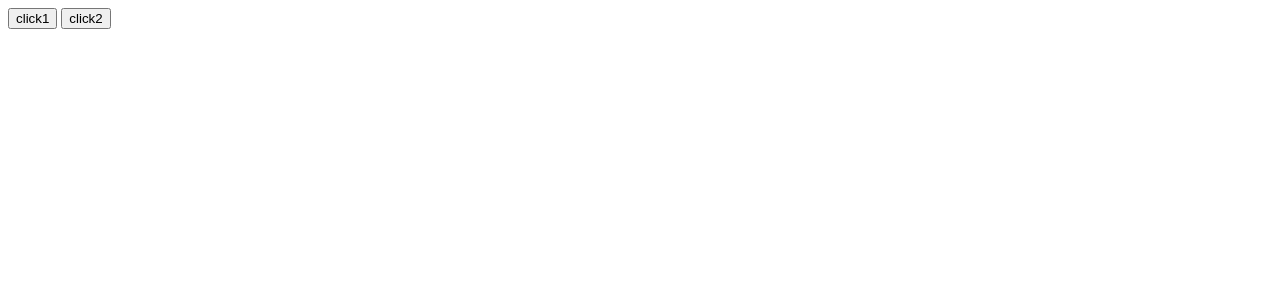
Repository: hong-bi/JsonStudy
Page: JsonApp01/WebContent/JsonTest05.html
The author's editor kept a copy of each file at every save. The page is drawn from the files as they stood at one save, then again after the next save.
The browser window is 1280 px wide. The pictures show the whole page.

Above is the page before, as saved 2019-05-31 06:14:55.

After the next save:
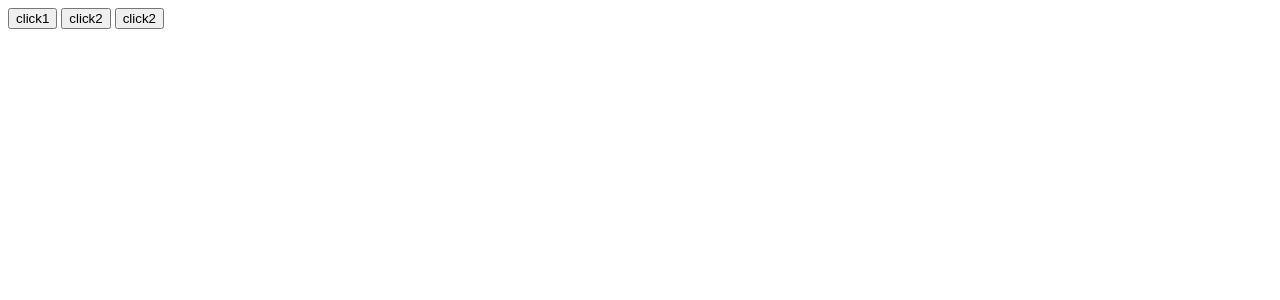
Console error (its wording comes from the project's code and is left out).
Saved 101 s later.
--- a/JsonApp01/WebContent/JsonTest05.html
+++ b/JsonApp01/WebContent/JsonTest05.html
@@ -16,4 +16,7 @@
 	<input type="button" value="click2"
 	onclick="eval('var a='+ myJSONObject5.test); a('이지혜')">
 
+	<input type="button" value="click2"
+	onclick="eval('( + myJSONObject5.test +')(\'최보라\')');">
+
 </form>
